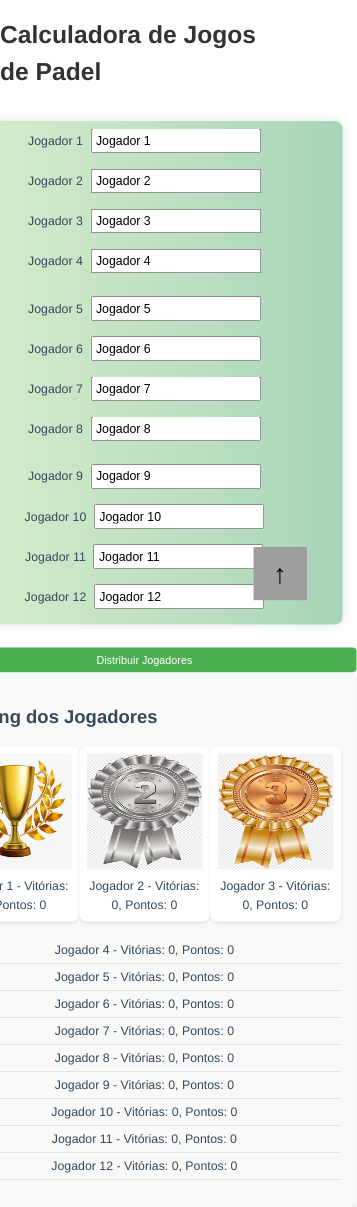
Repository: MarcioMiguel22/PadelMaster
Page: /calculadora
These files come from the project's save history. The page is drawn as it stood at one moment and after the next save; the edit follows.
The browser window is 375 px wide. The page is 463 px wide, then 375 px, so the pictures cover 463 px, including what lies to the right of the window. The pictures show the whole page, at 77% of full size.
Pictures or frames that could not be fetched are drawn as grey boxes. The project was rebuilt for these pictures with package versions that can differ from the ones it lists, and the page was loaded fresh each time. Also part of the build but not shown: vite.config.ts, src/pages/Home/Home.tsx, src/components/components_calculadora/Campo.tsx, src/components/components_calculadora/Jogo.tsx, src/pages/Player/playerComponent.tsx, src/index.css.

Above is the page before, as saved 2024-06-16 09:29:35.

### src/main.tsx
///home/marciomiguel/code/MarcioMiguel22/Sites/PadelMaster/src/main.tsx
import { render } from 'react-dom';
import { StrictMode } from 'react';
import App from './App';
import './index.css';

const root = document.getElementById('root')!;
render(
  <StrictMode>
    <App />
  </StrictMode>,
  root
);

### src/App.tsx

///home/marciomiguel/code/MarcioMiguel22/Sites/PadelMaster/src/App.tsx

import { BrowserRouter, Routes, Route } from 'react-router-dom';
import Home from './pages/Home/Home';
import Calculadora from './pages/Calculadora/Calculadora';
import PlayerComponent from './pages/Player/playerComponent';
function App() {
  return (
    <BrowserRouter>
      <Routes>
        <Route path="/" element={<Home />} />
        <Route path="/calculadora" element={<Calculadora />} /> // Wrap Calculadora component with curly braces
        <Route path="/player-component" element={<PlayerComponent />} />
      </Routes>
    </BrowserRouter>
  );
}

export default App

### src/pages/Calculadora/Calculadora.tsx
import React, { useState } from 'react';
import './Calculadora.css';
import JogadoresLista from '../../components/components_calculadora/JogadoresLista';
import Jogo from '../../components/components_calculadora/Jogo';
import Ranking from '../../components/components_calculadora/Ranking';
import { Jogador, Time, Campo as CampoType } from '../../utils/types/types'; // Importando os tipos
import { iniciarProximoJogo } from '../../components/components_calculadora/logic/gameLogic'; // Importando a função
import ScrollToTopButton from '../../components/components_calculadora/ScrollToTopButton'; // Importando o novo componente

const jogadoresIniciais: Jogador[] = Array.from({ length: 12 }, (_, i) => ({
  id: i + 1,
  nome: `Jogador ${i + 1}`,
  vitorias: 0,
  pontos: 0,
}));

const embaralharArray = <T,>(array: T[]): T[] => {
  const copiaArray = [...array];
  for (let i = copiaArray.length - 1; i > 0; i--) {
    const j = Math.floor(Math.random() * (i + 1));
    [copiaArray[i], copiaArray[j]] = [copiaArray[j], copiaArray[i]];
  }
  return copiaArray;
};

const criarTimes = (jogadores: Jogador[]): Time[] => {
  const jogadoresEmbaralhados = embaralharArray(jogadores);
  const times: Time[] = [];
  for (let i = 0; i < jogadoresEmbaralhados.length; i += 2) {
    times.push({ jogadores: jogadoresEmbaralhados.slice(i, i + 2), resultado: 0 });
  }
  return times;
};

const criarCampos = (times: Time[]): CampoType[] => [
  { id: 1, times: times.slice(0, 2) },
  { id: 2, times: times.slice(2, 4) },
  { id: 3, times: times.slice(4, 6) },
];

const CalculadoraApp: React.FC = () => {
  const [jogadores, setJogadores] = useState<Jogador[]>(jogadoresIniciais);
  const [jogos, setJogos] = useState<CampoType[][]>([]);

  const handleNomeChange = (id: number, novoNome: string) => {
    setJogadores(jogadores.map(jogador =>
      jogador.id === id ? { ...jogador, nome: novoNome } : jogador
    ));
  };

  const handleResultadoChange = (jogoIndex: number, campoId: number, timeIndex: number, novoResultado: number) => {
    setJogos(jogos.map((jogo, idx) =>
      idx === jogoIndex
        ? jogo.map(campo =>
            campo.id === campoId
              ? {
                  ...campo,
                  times: campo.times.map((time, index) =>
                    index === timeIndex ? { ...time, resultado: novoResultado } : time
                  ),
                }
              : campo
          )
        : jogo
    ));
  };

  const handleNomeEdit = (jogoIndex: number, campoId: number, timeIndex: number, jogadorIndex: number, novoNome: string) => {
    setJogos(jogos.map((jogo, idx) =>
      idx === jogoIndex
        ? jogo.map(campo =>
            campo.id === campoId
              ? {
                  ...campo,
                  times: campo.times.map((time, tIdx) =>
                    tIdx === timeIndex
                      ? {
                          ...time,
                          jogadores: time.jogadores.map((jogador, jIdx) =>
                            jIdx === jogadorIndex ? { ...jogador, nome: novoNome } : jogador
                          ),
                        }
                      : time
                  ),
                }
              : campo
          )
        : jogo
    ));
  };

  const distribuirJogadores = () => {
    const times = criarTimes(jogadores);
    const novosCampos = criarCampos(times);
    setJogos([novosCampos]);
  };

  const getTeamClass = (campo: CampoType, timeIndex: number): string => {
    if (campo.times.length < 2) return '';
    const resultadoAtual = campo.times[timeIndex].resultado;
    const resultadoOponente = campo.times[1 - timeIndex]?.resultado;
    if (resultadoAtual > resultadoOponente) return 'team vencedor';
    if (resultadoAtual < resultadoOponente) return 'team perdedor';
    return 'team';
  };

  const jogadoresClassificados = [...jogadores].sort((a, b) => {
    if (b.vitorias === a.vitorias) {
      return b.pontos - a.pontos;
    }
    return b.vitorias - a.vitorias;
  });

  return (
    <div className="calculadora-container">
      <h1>Calculadora de Jogos de Padel</h1>
      <div className="main-content">
        <JogadoresLista jogadores={jogadores} handleNomeChange={handleNomeChange} />
        <div className="fields-container">
          <button onClick={distribuirJogadores} className="distribute-button">Distribuir Jogadores</button>
          {jogos.map((jogo, jogoIndex) => (
            <Jogo
              key={jogoIndex}
              jogo={jogo}
              jogoIndex={jogoIndex}
              handleResultadoChange={handleResultadoChange}
              handleNomeEdit={handleNomeEdit}
              getTeamClass={getTeamClass}
            />
          ))}
        </div>
        {jogos.length > 0 && jogos.length < 5 && (
          <button onClick={() => iniciarProximoJogo(jogos, setJogos)} className="distribute-button">Jogo {jogos.length + 1}</button>
        )}
        <ScrollToTopButton />
        <Ranking jogadoresClassificados={jogadoresClassificados} />
      </div>
    </div>
  );
};

export default CalculadoraApp;

### src/pages/Home/Home.module.css
.padel-container {
  text-align: center;
  background-color: white;
  padding: 20px;
  border-radius: 10px;
  box-shadow: 0 0 10px rgba(0, 0, 0, 0.1);
}

h1 {
  color: #333;
  margin-bottom: 20px;
}

.padel-image {
  max-width: 50%;
  height: auto;
  border-radius: 10px;
  margin-bottom: 20px;
}

.enter-button {
  background-image: url('../../assets/images/tennis-ball.png'); /* Ensure the path is correct */
  background-size: cover;
  background-position: center;
  background-repeat: no-repeat;
  width: 60px;
  height: 60px;
  border: none;
  border-radius: 50%;
  cursor: pointer;
  padding: 0;
}

.enter-button:hover {
  transform: scale(1.1);
}

### src/pages/Calculadora/Calculadora.css
.calculadora-container {
  display: flex;
  flex-direction: column;
  align-items: center;
  gap: 20px;
}

.main-content {
  gap: 20px;
}

.jogadores-lista {
  background: linear-gradient(to right, #daefcd, #a8d5ba);
  display: flex;
  flex-direction: row;
  justify-content: center;
  gap: 40px;
  width: 90%;
  max-width: 1200px;
  margin: 0 auto;
  padding: 20px;
  border-radius: 10px;
  box-shadow: 0 0 15px rgba(0, 0, 0, 0.1);
}

.jogadores-coluna {
  display: flex;
  flex-direction: column;
  align-items: center;
  gap: 10px;
}

.jogador-item {
  display: flex;
  align-items: center;
  margin-bottom: 10px;
}

.jogador-item label {
  margin-right: 10px;
}

.jogador-item input {
  padding: 5px;
  font-size: 16px;
}

.jogador-input {
  margin-right: 5px;
  padding: 5px;
  font-size: 16px;
  border: 1px solid #ccc;
  border-radius: 5px;
}

.distribute-button, .scroll-to-top {
  background-color: #4CAF50;
  color: white;
  padding: 10px 20px;
  border: none;
  border-radius: 5px;
  cursor: pointer;
  font-size: 16px;
  margin-top: 10px;
}

.distribute-button:hover, .scroll-to-top:hover {
  background-color: #45a049;
}

.fields-container {
  display: flex;
  flex-direction: column;
  align-items: center;
  margin-top: 20px;
}

.jogo {
  margin-bottom: 40px;
}

.campos {
  display: flex;
  justify-content: space-around;
  gap: 20px;
  width: 100%;
  flex-wrap: wrap;
}

.field {
  background: linear-gradient(to right, #c3e8ad, #a8d5ba);
  padding: 20px;
  border-radius: 10px;
  box-shadow: 0 0 10px rgba(0, 0, 0, 0.1);
  width: 30%;
  min-width: 300px;
  box-sizing: border-box;
}

.field h2 {
  margin-top: 0;
}

.team {
  list-style-type: none;
  padding: 5px;
  background-color: #fff;
  margin: 5px 0;
  border-radius: 5px;
  box-shadow: 0 0 5px rgba(0, 0, 0, 0.1);
  width: fit-content;
}

.team.vencedor {
  background-color: #d4edda;
}

.team.perdedor {
  background-color: #f8d7da;
}

.team div {
  display: flex;
  align-items: center;
}

.team input.resultado-input {
  margin-left: 10px;
  width: 45px;
  padding: 5px;
  font-size: 16px;
}

.ranking-container {
  margin-top: 40px;
}

.ranking-container h2 {
  margin-bottom: 10px;
}

.ranking-container ul {
  list-style-type: none;
  padding: 0;
}

.ranking-container li {
  margin: 5px 0;
}

/* Media Queries para Tamanhos Menores */
@media screen and (max-width: 991px) {
  .jogadores-lista {
    flex-direction: column;
    align-items: center;
    gap: 20px;
    padding: 10px;
  }

  .field {
    width: 80%;
    margin-bottom: 20px;
  }

  .campos {
    flex-direction: column;
    align-items: center;
    gap: 20px;
  }

  .distribute-button, .scroll-to-top {
    width: 100%;
    font-size: 14px;
    padding: 8px 16px;
  }

  .team div {
    flex-direction: column;
    align-items: flex-start;
  }

  .team input.resultado-input {
    margin-left: 0;
    margin-top: 5px;
  }

  .ranking-container {
    flex-flow: column;
    margin-top: 40px;
  }

  .ranking-container h2 {
    margin-bottom: 10px;
  }

  .ranking-container ul {
    list-style-type: none;
    padding: 0;
  }

  .ranking-container li {
    margin: 5px 0;
  }
}

@media screen and (max-width: 767px) {
  .field {
    width: 85%;
  }

  .ranking-container {
    width: 85%;
  }
}

@media screen and (max-width: 479px) {
  .field {
    width: 85%;
  }

  .ranking-container {
    width: 85%;
  }
}

### src/components/components_calculadora/JogadoresLista.tsx
import React from 'react';
import JogadorItem from './JogadorItem';
import { Jogador } from '../../utils/types/types'; // Importando o tipo Jogador

interface JogadoresListaProps {
  jogadores: Jogador[];
  handleNomeChange: (id: number, novoNome: string) => void;
}

const JogadoresLista: React.FC<JogadoresListaProps> = ({ jogadores, handleNomeChange }) => (
  <div className="jogadores-lista">
    {Array.from({ length: 3 }, (_, i) => (
      <div className="jogadores-coluna" key={i}>
        {jogadores.slice(i * 4, (i + 1) * 4).map(jogador => (
          <JogadorItem
            key={jogador.id}
            jogador={jogador}
            handleNomeChange={handleNomeChange}
          />
        ))}
      </div>
    ))}
  </div>
);

export default JogadoresLista;

### src/components/components_calculadora/Ranking.tsx
import React from 'react';
import ouro from '../../assets/images/ouro.png';
import prata from '../../assets/images/prata.png';
import bronze from '../../assets/images/bronze.png';
import styles from './Ranking.module.css';

interface Jogador {
  id: number;
  nome: string;
  vitorias: number;
  pontos: number;
}

interface RankingProps {
  jogadoresClassificados: Jogador[];
}

const Ranking: React.FC<RankingProps> = ({ jogadoresClassificados }) => {
  const top3 = jogadoresClassificados.slice(0, 3);
  const outrosJogadores = jogadoresClassificados.slice(3);

  const medalhas = [ouro, prata, bronze];

  return (
    <div className={styles.rankingContainer}>
      <h2>Ranking dos Jogadores</h2>
      <div className={styles.top3Container}>
        {top3.map((jogador, index) => (
          <div key={jogador.id} className={styles.top3Item}>
            <img src={medalhas[index]} alt={`Medalha de ${index + 1}`} className={styles.medalha} />
            {jogador.nome} - Vitórias: {jogador.vitorias}, Pontos: {jogador.pontos}
          </div>
        ))}
      </div>
      <ul className={styles.outrosJogadores}>
        {outrosJogadores.map((jogador) => (
          <li key={jogador.id}>
            {jogador.nome} - Vitórias: {jogador.vitorias}, Pontos: {jogador.pontos}
          </li>
        ))}
      </ul>
    </div>
  );
};

export default Ranking;

### src/components/components_calculadora/logic/gameLogic.ts
import { Jogador, Campo as CampoType } from '../../../utils/types/types';

export const separarDuplas = (jogadores: Jogador[]): Jogador[] => {
  const separados: Jogador[] = [];
  while (jogadores.length) {
    const [jogador1, jogador2] = jogadores.splice(0, 2);
    separados.push(jogador1);
    if (jogador2) separados.push(jogador2);
  }
  return separados;
};

export const iniciarProximoJogo = (jogos: CampoType[][], setJogos: React.Dispatch<React.SetStateAction<CampoType[][]>>) => {
  const ultimoJogo = jogos[jogos.length - 1];
  const novosCampos: CampoType[] = [
    { id: 1, times: [] },
    { id: 2, times: [] },
    { id: 3, times: [] },
  ];

  const campo1 = ultimoJogo.find(campo => campo.id === 1);
  const campo2 = ultimoJogo.find(campo => campo.id === 2);
  const campo3 = ultimoJogo.find(campo => campo.id === 3);

  if (campo1 && campo2 && campo3) {
    const [time1Campo1, time2Campo1] = campo1.times;
    const [time1Campo2, time2Campo2] = campo2.times;
    const [time1Campo3, time2Campo3] = campo3.times;

    // Vencedores e perdedores dos campos
    const vencedoresCampo1 = time1Campo1.resultado > time2Campo1.resultado ? time1Campo1.jogadores : time2Campo1.jogadores;
    const perdedoresCampo1 = time1Campo1.resultado > time2Campo1.resultado ? time2Campo1.jogadores : time1Campo1.jogadores;

    const vencedoresCampo2 = time1Campo2.resultado > time2Campo2.resultado ? time1Campo2.jogadores : time2Campo2.jogadores;
    const perdedoresCampo2 = time1Campo2.resultado > time2Campo2.resultado ? time2Campo2.jogadores : time1Campo2.jogadores;

    const vencedoresCampo3 = time1Campo3.resultado > time2Campo3.resultado ? time1Campo3.jogadores : time2Campo3.jogadores;
    const perdedoresCampo3 = time1Campo3.resultado > time2Campo3.resultado ? time2Campo3.jogadores : time1Campo3.jogadores;

    // Atualizar pontuação dos jogadores
    const margemVitoriaCampo1 = Math.abs(time1Campo1.resultado - time2Campo1.resultado);
    const margemVitoriaCampo2 = Math.abs(time1Campo2.resultado - time2Campo2.resultado);
    const margemVitoriaCampo3 = Math.abs(time1Campo3.resultado - time2Campo3.resultado);

    vencedoresCampo1.forEach(jogador => {
      jogador.vitorias += 1;
      jogador.pontos += margemVitoriaCampo1;
    });

    vencedoresCampo2.forEach(jogador => {
      jogador.vitorias += 1;
      jogador.pontos += margemVitoriaCampo2;
    });

    vencedoresCampo3.forEach(jogador => {
      jogador.vitorias += 1;
      jogador.pontos += margemVitoriaCampo3;
    });

    // Campo 1: vencedores do campo 1 e vencedores do campo 2
    novosCampos[0].times.push(
      { jogadores: [vencedoresCampo1[0], vencedoresCampo2[0]], resultado: 0 },
      { jogadores: [vencedoresCampo1[1], vencedoresCampo2[1]], resultado: 0 }
    );

    // Campo 2: perdedores do campo 1 e vencedores do campo 3
    novosCampos[1].times.push(
      { jogadores: [perdedoresCampo1[0], vencedoresCampo3[0]], resultado: 0 },
      { jogadores: [perdedoresCampo1[1], vencedoresCampo3[1]], resultado: 0 }
    );

    // Campo 3: perdedores do campo 2 e perdedores do campo 3
    novosCampos[2].times.push(
      { jogadores: [perdedoresCampo2[0], perdedoresCampo3[0]], resultado: 0 },
      { jogadores: [perdedoresCampo2[1], perdedoresCampo3[1]], resultado: 0 }
    );
  }

  setJogos([...jogos, novosCampos]);
};

### src/components/components_calculadora/ScrollToTopButton.tsx
import React from 'react';
import tennisBall from '../../assets/images/tennis-ball.png';
import styles from './ScrollToTopButton.module.css'; // Importando o arquivo CSS Module

const ScrollToTopButton: React.FC = () => {
  const scrollToTop = () => {
    window.scrollTo({ top: 0, behavior: 'smooth' });
  };

  return (
    <button onClick={scrollToTop} className={styles.scrollToTop}>
      <img src={tennisBall} alt="Tennis Ball" className={styles.tennisBall} />
      <span className={styles.arrowUp}>↑</span>
    </button>
  );
};

export default ScrollToTopButton;

### src/pages/Player/playerComponent.module.css
/* playerComponent.module.css */

/* Root Variables */
:root {
  --primary-color: #2c3e50;
  --secondary-color: #ecf0f1;
  --accent-color: #e74c3c;
  --text-color: #34495e;
  --background-color: #ffffff;
  --border-color: #bdc3c7;
  --link-color: #2980b9;
  --font-family: 'Helvetica Neue', Arial, sans-serif;
  --font-size: 16px;
  --line-height: 1.5;
}

body {
  font-family: var(--font-family);
  font-size: var(--font-size);
  line-height: var(--line-height);
  color: var(--text-color);
  background-color: var(--background-color);
  margin: 0;
  padding: 0;
}

.navigation-bar {
  background-color: var(--primary-color);
  color: var(--secondary-color);
  padding: 10px 0;
}

.container {
  width: 90%;
  max-width: 1200px;
  margin: 0 auto;
  display: flex;
  justify-content: space-between;
  align-items: center;
}

.nav-brand .site-name {
  font-size: 24px;
  font-weight: bold;
  color: var(--secondary-color);
}

.navigation-menu {
  display: flex;
  gap: 15px;
}

.navigation-link {
  color: var(--secondary-color);
  text-decoration: none;
  font-size: 18px;
}

.navigation-link:hover {
  color: var(--accent-color);
}

.menu-button .nav-icon-menu {
  width: 30px;
  height: 3px;
  background-color: var(--secondary-color);
  margin: 5px 0;
}

.content-wrapper {
  padding: 20px 0;
}

.row {
  display: flex;
}

.sidebar {
  width: 25%;
}

.content-column {
  width: 75%;
}

.white-wrapper {
  background-color: var(--background-color);
  padding: 20px;
  border: 1px solid var(--border-color);
  border-radius: 10px;
}

.circle-profile {
  width: 100px;
  height: 100px;
  border-radius: 50%;
  display: block;
  margin: 0 auto 10px;
}

.site-description {
  text-align: center;
  margin: 10px 0;
}

.grey-rule {
  height: 1px;
  background-color: var(--border-color);
  margin: 20px 0;
}

.small-heading {
  font-size: 18px;
  font-weight: bold;
  color: var(--text-color);
  margin-bottom: 10px;
}

.feature-posts-list .post-item {
  margin-bottom: 10px;
}

.small-post-link {
  text-decoration: none;
  color: var(--link-color);
  font-size: 16px;
}

.small-post-link:hover {
  color: var(--accent-color);
}

.social-link-group {
  display: flex;
  justify-content: space-around;
  margin: 20px 0;
}

.social-icon-link img {
  width: 25px;
  height: 25px;
}

.built-with-webflow {
  text-align: center;
  margin-top: 10px;
  font-size: 14px;
}

.webflow-link {
  color: var(--link-color);
  text-decoration: none;
}

.webflow-link:hover {
  color: var(--accent-color);
}

.post-wrapper {
  background-color: var(--background-color);
  padding: 20px;
  border: 1px solid var(--border-color);
  border-radius: 10px;
  margin-bottom: 20px;
}

.post-content .row {
  display: flex;
}

.blog-image {
  display: block;
  width: 100%;
  height: auto;
  background-color: var(--border-color);
  text-align: center;
  padding: 20px;
  color: var(--text-color);
  text-decoration: none;
  font-size: 16px;
}

.blog-title-link {
  text-decoration: none;
  color: var(--text-color);
}

.blog-title-link:hover {
  color: var(--accent-color);
}

.blog-title {
  font-size: 24px;
  margin: 0 0 10px;
}

.details-wrapper {
  display: flex;
  align-items: center;
  gap: 10px;
  margin-bottom: 10px;
}

.post-info {
  font-size: 14px;
  color: var(--text-color);
}

.when-link {
  text-decoration: none;
  color: var(--link-color);
}

.when-link:hover {
  color: var(--accent-color);
}

.post-summary-wrapper {
  margin-bottom: 10px;
}

.post-summary {
  font-size: 16px;
  color: var(--text-color);
}

.read-more-link {
  text-decoration: none;
  color: var(--link-color);
  font-size: 14px;
}

.read-more-link:hover {
  color: var(--accent-color);
}

.button-wrapper {
  text-align: center;
  margin-top: 20px;
}

.button {
  background-color: var(--primary-color);
  color: var(--secondary-color);
  border: none;
  padding: 10px 20px;
  border-radius: 5px;
  font-size: 16px;
  cursor: pointer;
  transition: background-color 0.3s;
}

.button:hover {
  background-color: var(--accent-color);
}

.sidebar-on-mobile {
  display: none;
}

@media (max-width: 768px) {
  .row {
    flex-direction: column;
  }

  .sidebar {
    display: none;
  }

  .content-column {
    width: 100%;
  }

  .sidebar-on-mobile {
    display: block;
    margin-top: 20px;
  }
}

### src/components/components_calculadora/JogadorItem.tsx
import React from 'react';
import { Jogador } from '../../utils/types/types'; // Importando o tipo Jogador

interface JogadorItemProps {
  jogador: Jogador;
  handleNomeChange: (id: number, novoNome: string) => void;
}

const JogadorItem: React.FC<JogadorItemProps> = ({ jogador, handleNomeChange }) => (
  <div className="jogador-item">
    <label>{`Jogador ${jogador.id}`}</label>
    <input
      type="text"
      value={jogador.nome}
      onChange={(e) => handleNomeChange(jogador.id, e.target.value)}
    />
  </div>
);

export default JogadorItem;

### src/components/components_calculadora/Ranking.module.css
.rankingContainer {
  padding: 20px;
  background-color: #f9f9f9;
  border-radius: 10px;
  box-shadow: 0 4px 8px rgba(0, 0, 0, 0.1);
}

.top3Container {
  display: flex;
  justify-content: space-around;
  margin-bottom: 20px;
}

.top3Item {
  display: flex;
  flex-direction: column;
  align-items: center;
  padding: 10px;
  background-color: #ffffff;
  border-radius: 10px;
  box-shadow: 0 2px 4px rgba(0, 0, 0, 0.1);
  text-align: center; /* Center text horizontally */
}

.medalha {
  width: 150px;
  height: 150px;
  margin-bottom: 10px; /* Adjusted for better centering */
  transition: transform 0.3s ease-in-out;
  object-fit:initial; /* Ensure the image fits within the container */
  background-color: transparent; /* Ensure the background is transparent */
}

.medalha:hover {
  transform: scale(1.2);
  animation: pulse 1s infinite;
}

@keyframes pulse {
  0% {
    transform: scale(1.2);
  }
  50% {
    transform: scale(1.25);
  }
  100% {
    transform: scale(1.2);
  }
}

.outrosJogadores {
  list-style-type: none;
  padding: 0;
}

.outrosJogadores li {
  padding: 5px 0;
  border-bottom: 1px solid #ddd;
  text-align: center; /* Center text horizontally */
}

### src/components/components_calculadora/ScrollToTopButton.module.css
.scrollToTop {
  position: fixed;
  bottom: 20px;
  left: 97%;
  transform: translateX(-50%);
  width: 70px;
  height: 70px;
  border: none;
  background: none;
  cursor: pointer;
  display: flex;
  align-items: center;
  justify-content: center;
}

.tennisBall {
  width: 100%;
  height: 100%;
  position: absolute;
}

.arrowUp {
  position: absolute;
  font-size: 35px;
  color: rgb(5, 5, 5);
  font-weight: bold;
  z-index: 1;
}

Loaded but not shown: index.html (common file)

After the next save:
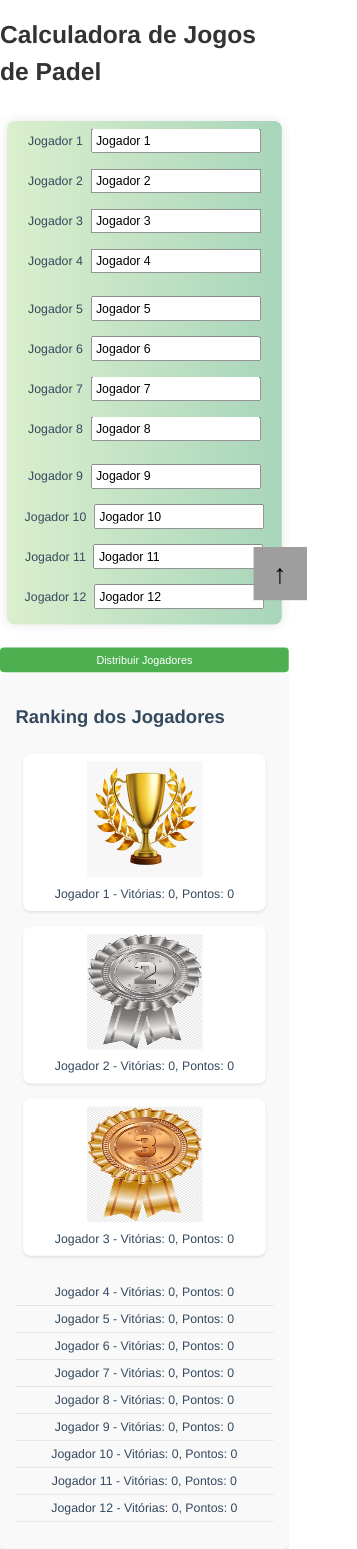
Saved 90 s later.
--- a/src/components/components_calculadora/Ranking.module.css
+++ b/src/components/components_calculadora/Ranking.module.css
@@ -9,6 +9,7 @@
   display: flex;
   justify-content: space-around;
   margin-bottom: 20px;
+  flex-wrap: wrap; /* Ensure items wrap in smaller screens */
 }
 
 .top3Item {
@@ -19,16 +20,19 @@
   background-color: #ffffff;
   border-radius: 10px;
   box-shadow: 0 2px 4px rgba(0, 0, 0, 0.1);
-  text-align: center; /* Center text horizontally */
+  text-align: center;
+  margin: 10px; /* Added margin to ensure spacing between items */
+  flex-basis: calc(33.33% - 20px); /* Ensure items take equal width, minus margins */
+  box-sizing: border-box; /* Ensure padding is included in the element's width */
 }
 
 .medalha {
   width: 150px;
   height: 150px;
-  margin-bottom: 10px; /* Adjusted for better centering */
+  margin-bottom: 10px;
   transition: transform 0.3s ease-in-out;
-  object-fit:initial; /* Ensure the image fits within the container */
-  background-color: transparent; /* Ensure the background is transparent */
+  object-fit: initial;
+  background-color: transparent;
 }
 
 .medalha:hover {
@@ -56,5 +60,18 @@
 .outrosJogadores li {
   padding: 5px 0;
   border-bottom: 1px solid #ddd;
-  text-align: center; /* Center text horizontally */
+  text-align: center;
 }
+
+/* Media Queries for Smaller Screens */
+@media screen and (max-width: 767px) {
+  .top3Item {
+    flex-basis: calc(50% - 20px); /* Two items per row on smaller screens */
+  }
+}
+
+@media screen and (max-width: 479px) {
+  .top3Item {
+    flex-basis: 100%; /* One item per row on the smallest screens */
+  }
+}
